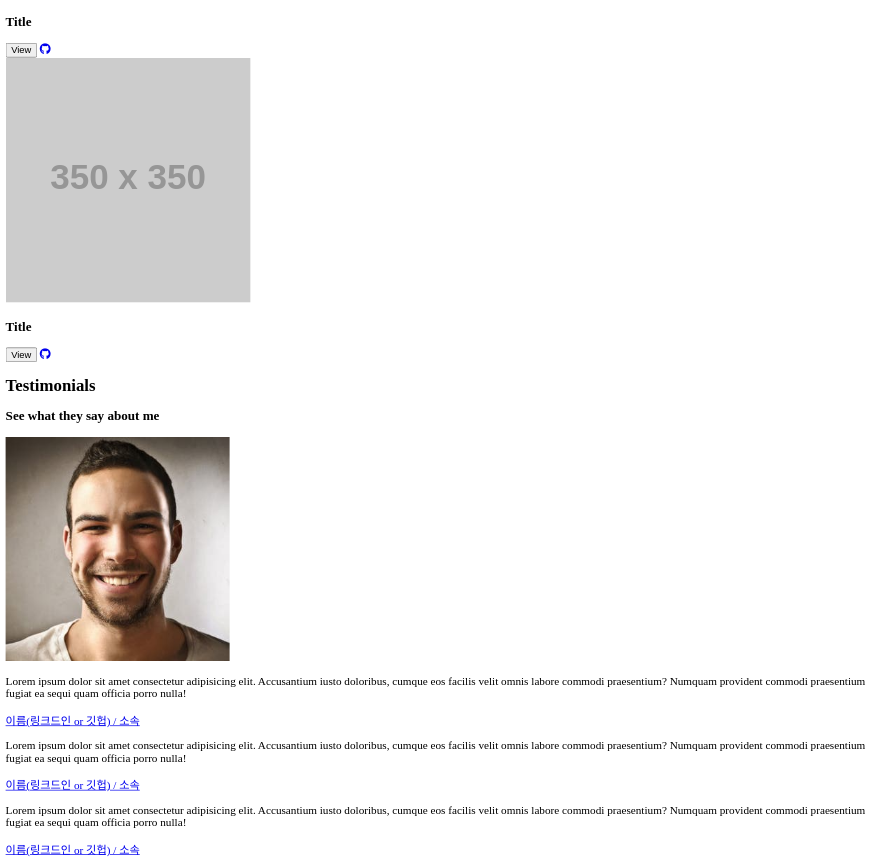
Repository: pjtae0328/Portfolio
Page: index.html
These files come from the project's save history. The page is drawn as it stood at one moment and after the next save; the edit follows.
The browser window is 1280 px wide. The pictures show the part of the page from y = 4556 to 6476 px (the page is 5796 px tall before and 6476 px after), at 70% of full size.
Some web libraries are served in a nearby version.

Above is the page before, as saved 2021-08-27 21:42:05.

After the next save:
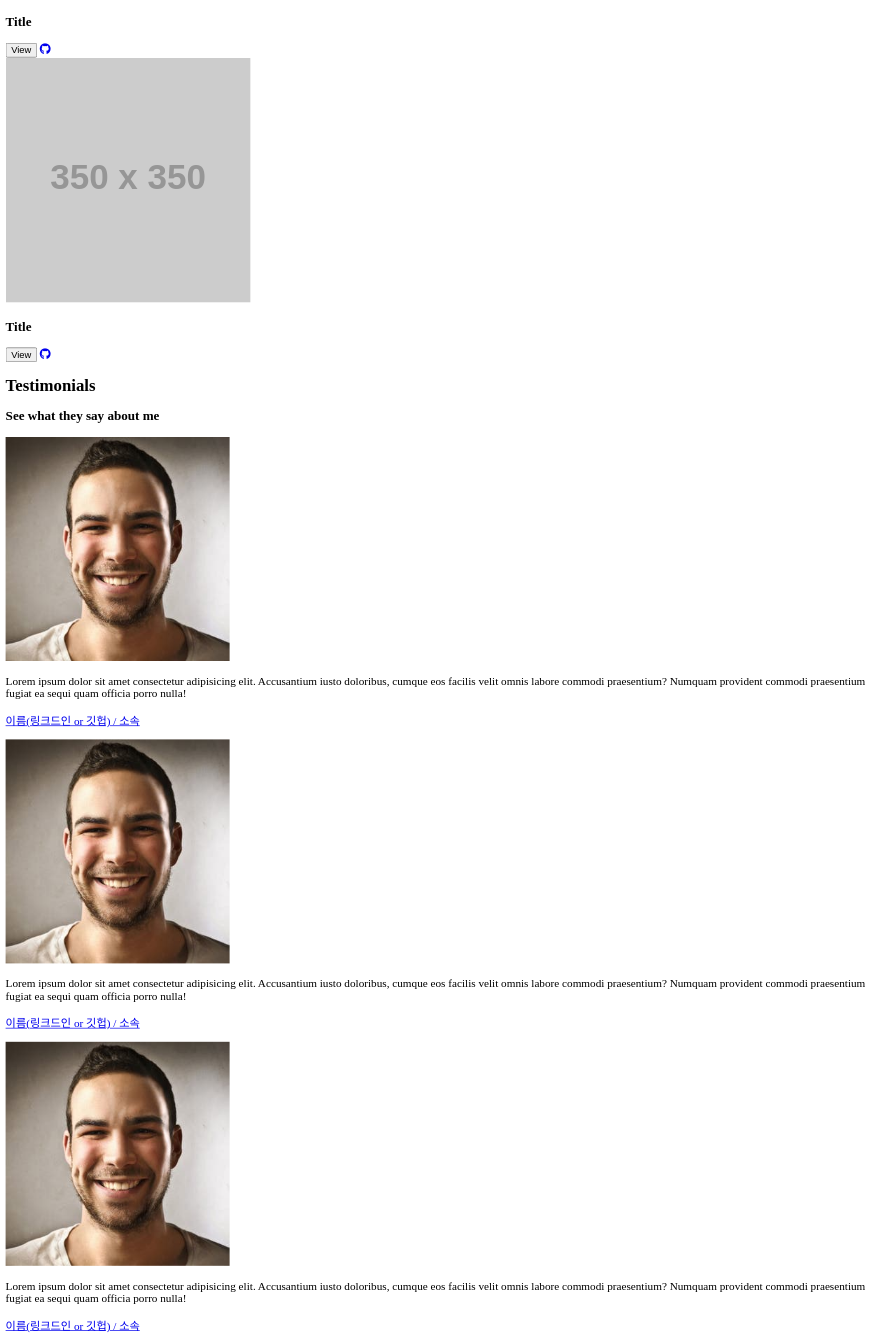
Saved 11 s later.
--- a/index.html
+++ b/index.html
@@ -229,10 +229,24 @@
                 <p>Lorem ipsum dolor sit amet consectetur adipisicing elit. Accusantium iusto doloribus, cumque eos facilis velit omnis labore commodi praesentium? Numquam provident commodi praesentium fugiat ea sequi quam officia porro nulla!</p>
                 <p class="testimonial__name"><a href="#">이름(링크드인 or 깃헙) / 소속</a></p>
             </div>
+        </div>
+        <div class="testimonial">
+            <img
+                src="imgs/testimonial/people1.jpg"
+                alt="People"
+                class="testimonial__avatar"
+            >
             <div class="testimonial__speech-bubble">
                 <p>Lorem ipsum dolor sit amet consectetur adipisicing elit. Accusantium iusto doloribus, cumque eos facilis velit omnis labore commodi praesentium? Numquam provident commodi praesentium fugiat ea sequi quam officia porro nulla!</p>
                 <p class="testimonial__name"><a href="#">이름(링크드인 or 깃헙) / 소속</a></p>
             </div>
+        </div>
+        <div class="testimonial">
+            <img
+                src="imgs/testimonial/people1.jpg"
+                alt="People"
+                class="testimonial__avatar"
+            >
             <div class="testimonial__speech-bubble">
                 <p>Lorem ipsum dolor sit amet consectetur adipisicing elit. Accusantium iusto doloribus, cumque eos facilis velit omnis labore commodi praesentium? Numquam provident commodi praesentium fugiat ea sequi quam officia porro nulla!</p>
                 <p class="testimonial__name"><a href="#">이름(링크드인 or 깃헙) / 소속</a></p>
